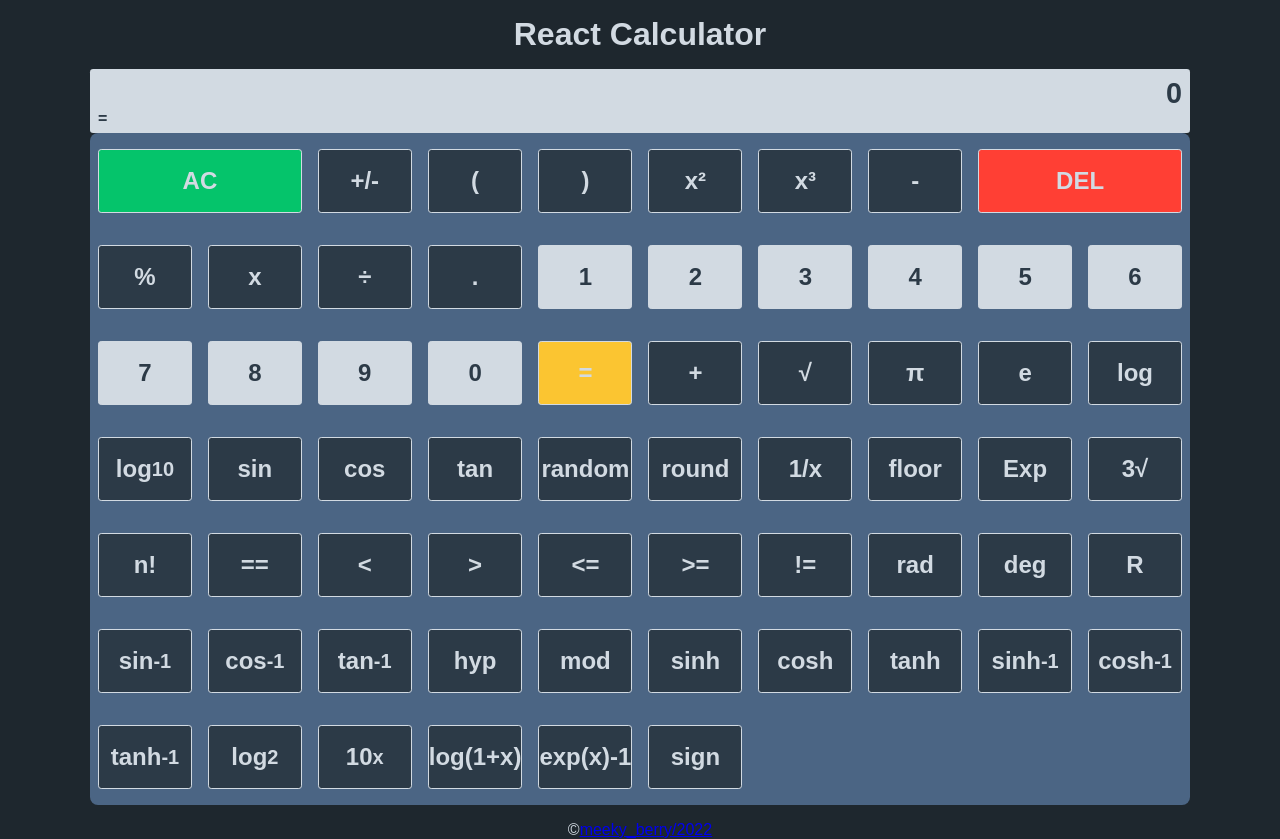
Repository: MikkyPrestige/calculator
Page: /
These files come from the project's save history. The page is drawn as it stood at one moment and after the next save; the edit follows.
The browser window is 1280 px wide. The pictures show the whole page.
The project was rebuilt for these pictures with package versions that can differ from the ones it lists, and the page was loaded fresh each time.

Above is the page before, as saved 2022-11-17 22:12:24.

### src/index.css
* {
 margin: 0;
 padding: 0;
 box-sizing: border-box;
}

body {
 font-family: 'Poppins', sans-serif;
 background: #1e272e;
}

.heading {
  color: #d2dae2;
  text-align: center;
  margin: 1rem;
}

.app-container {
 width: 100%;
 max-width: 1100px;
 margin: 1rem auto;
}

.display {
 background-color: #d2dae2;
 color: #2C3A47;
 height: 4rem;
 font-size: 1.8rem;
 font-weight: 700;
 display: flex;
 flex-direction: column;
 padding: .5rem;
 border-radius: .2rem;
}

.display-calc {
 display: flex;
 justify-content: flex-end;
 align-items: center;
}

.display-result {
 display: flex;
 justify-content: flex-start;
 align-items: center;
 font-size: 1rem;
 font-weight: 700;
}

.operators {
  display: grid;
  grid-template-columns: repeat(10, 1fr);
  grid-gap: 1rem;
  padding: .5rem;
  border-radius: .5rem;
  background-color: #4b6584;
  -webkit-border-radius: .5rem;
  -moz-border-radius: .5rem;
  -ms-border-radius: .5rem;
  -o-border-radius: .5rem;
}

.operator {
 background-color: #2C3A47;
 color: #d2dae2;
 font-size: 1.5rem;
 font-weight: 700;
 height: 4rem;
 display: flex;
 justify-content: center;
 align-items: center;
 border-radius: .2rem;
 border: 1px solid #d2dae2;
 margin: .5rem 0;
}

.operator:hover {
 background-color: #d2dae2;
 color: #2C3A47;
 cursor: pointer;
}

.operator:active {
 background-color: #2C3A47;
 color: #d2dae2;
}

.digit {
  background-color: #d2dae2;
  color: #2C3A47;
  font-size: 1.5rem;
  font-weight: 700;
  height: 4rem;
  display: flex;
  justify-content: center;
  align-items: center;
  border-radius: .2rem;
  border: 1px solid #d2dae2;
  margin: .5rem 0;
}

.digit:hover {
  background-color: #2C3A47;
  color: #d2dae2;
  cursor: pointer;
}

.digit:active {
  background-color: #d2dae2;
  color: #2C3A47;
}

.clear {
  background-color: #05c46b;
  color: #d2dae2;
  grid-column: 1 / 3;
  grid-row: 1 / 2;
}

.clear:hover {
  background-color: #d2dae2;
  color: #05c46b;
}

.clear:active {
  background-color: #05c46b;
  color: #d2dae2;
}

.delete {
  background-color: #ff3f34;
  color: #d2dae2;
  grid-column: 9 / -1;
  grid-row: 1 / 2;
}

.delete:hover {
  background-color: #d2dae2;
  color: #ff3f34;
}

.delete:active {
  background-color: #ff3f34;
  color: #d2dae2;
}

.equalTo {
  background-color: #fbc531;
  color: #d2dae2;
}

.equal:hover {
  background-color: #d2dae2;
  color: #fbc531;
}

.equal:active {
  background-color: #fbc531;
  color: #d2dae2;
}

.cube {
 /* grid-row: 3; */
}

.sqrt {
 /* grid-row: 4; */
}

.exponent {
 /* grid-row: 5; */
}

.pie {
 /* grid-row: 5; */
}

.log {
 /* grid-row: 3; */
}

.logTen {
 /* grid-row: 4; */
}

.sin {
 /* grid-row: 3; */
}

.tan {
 /* grid-row: 4; */
}

.cos  {
 /* grid-row: 5; */
}

.zero {
 /* grid-row: 6; */
 /* grid-column: 5; */
}

.attribution {
  color: #d2dae2;
  text-align: center;
}

### src/App.js
import React from 'react';
import { useState } from 'react';

function App() {
  // DECLARE A NEW STATE VARIABLE
  const [calc, setCalc] = useState("");
  const [result, setResult] = useState("");

  // OPERATORS VARIABLE IS AN ARRAY OF OPERATORS THAT WILL BE USED TO CHECK IF THE USER IS TRYING TO ENTER AN OPERATOR OR NOT
  const ops = ["+", "-", "*", "/", ".", "<", ">", "<=", ">=", "±", "%", "!="];

  // UPDATE CALC STATE VARIABLE WITH THE VALUE OF THE BUTTON THAT WAS CLICKED
  const updateCalc = value => {
    if (
      (ops.includes(value) && calc === "") || // IF THE VALUE IS AN OPERATOR AND THE CALC STATE VARIABLE IS EMPTY
      (ops.includes(value) && ops.includes(calc.slice(-1))) // IF THE VALUE IS AN OPERATOR AND THE LAST CHARACTER OF THE CALC STATE VARIABLE IS ALSO AN OPERATOR
    ) {
      return;
    }

    setCalc(calc + value);  // UPDATE THE CALC STATE VARIABLE WITH THE VALUE OF THE BUTTON THAT WAS CLICKED

    if (!ops.includes(value)) {  // IF THE VALUE IS NOT AN OPERATOR
      setResult(eval(calc + value).toString());   // EVALUATE THE CALC STATE VARIABLE AND UPDATE THE RESULT STATE VARIABLE
    }
  };

  // CREATE CLEAR FUNCTION
  const clear = () => {
    setCalc("");    // SET CALC STATE VARIABLE TO EMPTY
    setResult("");  // SET RESULT STATE VARIABLE TO EMPTY
  };

  // CREATE DELETE FUNCTION
  const del = () => {
    if (calc === "") {
      return;
    }
    const value = calc.slice(0, -1);  // REMOVE THE LAST CHARACTER OF THE CALC STATE VARIABLE
    setCalc(value);  // UPDATE THE CALC STATE VARIABLE
  };

  // CREATE EVALUATE FUNCTION
  const calculate = () => {
    setCalc(eval(calc).toString());  // EVALUATE THE CALC STATE VARIABLE AND UPDATE THE CALC STATE VARIABLE
    setResult("");  // SET RESULT STATE VARIABLE TO EMPTY
  };

  // CREATE PERCENTAGE FUNCTION
  const percentage = () => {
    if (calc === "") {
      return;
    }
    const value = parseFloat(calc);   // CONVERT THE CALC STATE VARIABLE TO A FLOAT
    if (value === 0) {
      return;
    }
    setCalc((value / 100).toString());  // DIVIDE THE CALC STATE VARIABLE BY 100 AND UPDATE THE CALC STATE VARIABLE
  };

  // CREATE POSITIVE/NEGATIVE FUNCTION
  const posNeg = () => {
    if (calc === "") {
      return;
    }
    const value = parseFloat(calc);
    if (value === 0) {
      return;
    }
    setCalc((value * -1).toString());  // MULTIPLY THE CALC STATE VARIABLE BY -1 AND UPDATE THE CALC STATE VARIABLE
  };

  // CREATE BRACKET FUNCTION
  const bracket = value => {
    if (calc === "" && value === "(" && ")") { // IF THE CALC STATE VARIABLE IS EMPTY AND THE VALUE IS "(" && ")"
      setCalc(calc + value);
      return;
    }
    setCalc(calc + value);  // UPDATE THE CALC STATE VARIABLE WITH THE VALUE OF THE BUTTON THAT WAS CLICKED
  };

  // CREATE SQUARE FUNCTION
  const square = () => {
    if (calc === "") {
      return;
    }
    const value = parseFloat(calc);
    if (value === 0) {
      return;
    }
    setCalc((value * value).toString());  // MULTIPLY THE CALC STATE VARIABLE BY ITSELF AND UPDATE THE CALC STATE VARIABLE
  };

  // CREATE A CUBE FUNCTION
  const cube = () => {
    if (calc === "") {
      return;
    }
    const value = parseFloat(calc);
    if (value === 0) {
      return;
    }
    setCalc((value * value * value).toString());  // MULTIPLY THE CALC STATE VARIABLE BY ITSELF THREE TIMES AND UPDATE THE CALC STATE VARIABLE
  };

  // CREATE SQUARE ROOT FUNCTION
  const squareRoot = () => {
    if (calc === "") {
      return;
    }
    const value = parseFloat(calc);
    if (value === 0) {
      return;
    }
    setCalc(Math.sqrt(value).toString());  // CALCULATE THE SQUARE ROOT OF THE CALC STATE VARIABLE AND UPDATE THE CALC STATE VARIABLE
  };

  // CREATE PI FUNCTION
  const pi = () => {
    if (calc === "") {
      return;
    }
    const value = parseFloat(calc);
    if (value === 0) {
      return;
    }
    setCalc((value * 3.141592653589793).toString());  // MULTIPLY THE CALC STATE VARIABLE BY PI AND UPDATE THE CALC STATE VARIABLE
  };

  // CREATE E FUNCTION
  const e = () => {
    if (calc === "") {
      return;
    }
    const value = parseFloat(calc);
    if (value === 0) {
      return;
    }
    setCalc((value * 2.718281828459045).toString());  // MULTIPLY THE CALC STATE VARIABLE BY E AND UPDATE THE CALC STATE VARIABLE
  };

  // CREATE LOG FUNCTION
  const log = () => {
    if (calc === "") {
      return;
    }
    const value = parseFloat(calc);
    if (value === 0) {
      return;
    }
    setCalc(Math.log(value).toString());  // CALCULATE THE LOGARITHM OF THE CALC STATE VARIABLE AND UPDATE THE CALC STATE VARIABLE
  };

  // CREATE BASE 10 LOG FUNCTION
  const log10 = () => {
    if (calc === "") {
      return;
    }
    const value = parseFloat(calc);
    if (value === 0) {
      return;
    }
    setCalc(Math.log10(value).toString());  // CALCULATE THE BASE 10 LOGARITHM OF THE CALC STATE VARIABLE AND UPDATE THE CALC STATE VARIABLE
  };

  // CREATE BASE 2 LOG FUNCTION
  const log2 = () => {
    if (calc === "") {
      return;
    }
    const value = parseFloat(calc);
    if (value === 0) {
      return;
    }
    setCalc(Math.log2(value).toString());  // CALCULATE THE BASE 2 LOGARITHM OF THE CALC STATE VARIABLE AND UPDATE THE CALC STATE VARIABLE
  };

  // CREATE LOG1P FUNCTION
  const log1p = () => {
    if (calc === "") {
      return;
    }
    const value = parseFloat(calc);
    if (value === 0) {
      return;
    }
    setCalc(Math.log1p(value).toString());  // CALCULATE THE LOGARITHM OF THE CALC STATE VARIABLE PLUS 1 AND UPDATE THE CALC STATE VARIABLE
  };

  // CREATE EXPONENTIAL -1 FUNCTION
  const expm1 = () => {
    if (calc === "") {
      return;
    }
    const value = parseFloat(calc);
    if (value === 0) {
      return;
    }
    setCalc(Math.expm1(value).toString());  // CALCULATE THE EXPONENTIAL OF THE CALC STATE VARIABLE MINUS 1 AND UPDATE THE CALC STATE VARIABLE
  };

  // CREATE SIGN FUNCTION
  const sign = () => {
    if (calc === "") {
      return;
    }
    const value = parseFloat(calc);
    if (value === 0) {
      return;
    }
    setCalc(Math.sign(value).toString());  // CALCULATE THE SIGN OF THE CALC STATE VARIABLE AND UPDATE THE CALC STATE VARIABLE
  };

  // CREATE RAISE TO POWER 10 FUNCTION
  const pow10 = () => {
    if (calc === "") {
      return;
    }
    const value = parseFloat(calc);
    if (value === 0) {
      return;
    }
    setCalc(Math.pow(10, value).toString());  // RAISE 10 TO THE POWER OF THE CALC STATE VARIABLE AND UPDATE THE CALC STATE VARIABLE
  };

  // CREATE SIN FUNCTION
  const sin = () => {
    if (calc === "") {
      return;
    }
    const value = parseFloat(calc);
    if (value === 0) {
      return;
    }
    setCalc(Math.sin(value).toString());  // CALCULATE THE SINE OF THE CALC STATE VARIABLE AND UPDATE THE CALC STATE VARIABLE
  };

  // CREATE COS FUNCTION
  const cos = () => {
    if (calc === "") {
      return;
    }
    const value = parseFloat(calc);
    if (value === 0) {
      return;
    }
    setCalc(Math.cos(value).toString());  // CALCULATE THE COSINE OF THE CALC STATE VARIABLE AND UPDATE THE CALC STATE VARIABLE
  };

  // CREATE TAN FUNCTION
  const tan = () => {
    if (calc === "") {
      return;
    }
    const value = parseFloat(calc);
    if (value === 0) {
      return;
    }
    setCalc(Math.tan(value).toString());  // CALCULATE THE TANGENT OF THE CALC STATE VARIABLE AND UPDATE THE CALC STATE VARIABLE
  };

  // CREATE INVERSE SIN FUNCTION
  const asin = () => {
    if (calc === "") {
      return;
    }
    const value = parseFloat(calc);
    if (value === 0) {
      return;
    }
    setCalc(Math.asin(value).toString());  // CALCULATE THE INVERSE SINE OF THE CALC STATE VARIABLE AND UPDATE THE CALC STATE VARIABLE
  };

  // CREATE INVERSE COS FUNCTION
  const acos = () => {
    if (calc === "") {
      return;
    }
    const value = parseFloat(calc);
    if (value === 0) {
      return;
    }
    setCalc(Math.acos(value).toString());  // CALCULATE THE INVERSE COSINE OF THE CALC STATE VARIABLE AND UPDATE THE CALC STATE VARIABLE
  };

  // CREATE INVERSE TAN FUNCTION
  const atan = () => {
    if (calc === "") {
      return;
    }
    const value = parseFloat(calc);
    if (value === 0) {
      return;
    }
    setCalc(Math.atan(value).toString());  // CALCULATE THE INVERSE TANGENT OF THE CALC STATE VARIABLE AND UPDATE THE CALC STATE VARIABLE
  };

  // CREATE SINH FUNCTION
  const sinh = () => {
    if (calc === "") {
      return;
    }
    const value = parseFloat(calc);
    if (value === 0) {
      return;
    }
    setCalc(Math.sinh(value).toString());  // CALCULATE THE HYPERBOLIC SINE OF THE CALC STATE VARIABLE AND UPDATE THE CALC STATE VARIABLE
  };

  // CREATE COSH FUNCTION
  const cosh = () => {
    if (calc === "") {
      return;
    }
    const value = parseFloat(calc);
    if (value === 0) {
      return;
    }
    setCalc(Math.cosh(value).toString());  // CALCULATE THE HYPERBOLIC COSINE OF THE CALC STATE VARIABLE AND UPDATE THE CALC STATE VARIABLE
  };

  // CREATE TANH FUNCTION
  const tanh = () => {
    if (calc === "") {
      return;
    }
    const value = parseFloat(calc);
    if (value === 0) {
      return;
    }
    setCalc(Math.tanh(value).toString());  // CALCULATE THE HYPERBOLIC TANGENT OF THE CALC STATE VARIABLE AND UPDATE THE CALC STATE VARIABLE
  };

  // CREATE INVERSE SINH FUNCTION
  const asinh = () => {
    if (calc === "") {
      return;
    }
    const value = parseFloat(calc);
    if (value === 0) {
      return;
    }
    setCalc(Math.asinh(value).toString());  // CALCULATE THE INVERSE HYPERBOLIC SINE OF THE CALC STATE VARIABLE AND UPDATE THE CALC STATE VARIABLE
  };

  // CREATE INVERSE COSH FUNCTION
  const acosh = () => {
    if (calc === "") {
      return;
    }
    const value = parseFloat(calc);
    if (value === 0) {
      return;
    }
    setCalc(Math.acosh(value).toString());  // CALCULATE THE INVERSE HYPERBOLIC COSINE OF THE CALC STATE VARIABLE AND UPDATE THE CALC STATE VARIABLE
  };

  // CREATE INVERSE TANH FUNCTION
  const atanh = () => {
    if (calc === "") {
      return;
    }
    const value = parseFloat(calc);
    if (value === 0) {
      return;
    }
    setCalc(Math.atanh(value).toString());  // CALCULATE THE INVERSE HYPERBOLIC TANGENT OF THE CALC STATE VARIABLE AND UPDATE THE CALC STATE VARIABLE
  };

  // CREATE HYPOTENUSE FUNCTION
  const hyp = () => {
    if (calc === "") {
      return;
    }
    const value = parseFloat(calc);
    if (value === 0) {
      return;
    }
    setCalc(Math.hypot(value).toString());  // CALCULATE THE HYPOTENUSE OF THE CALC STATE VARIABLE AND UPDATE THE CALC STATE VARIABLE
  };


  // CREATE RADIAN FUNCTION
  const radian = () => {
    if (calc === "") {
      return;
    }
    const value = parseFloat(calc);
    if (value === 0) {
      return;
    }
    setCalc((value * 0.017453292519943295).toString());  // MULTIPLY THE CALC STATE VARIABLE BY RADIAN AND UPDATE THE CALC STATE VARIABLE
  };

  // CREATE DEGREE FUNCTION
  const degree = () => {
    if (calc === "") {
      return;
    }
    const value = parseFloat(calc);
    if (value === 0) {
      return;
    }
    setCalc((value * 57.29577951308232).toString());  // MULTIPLY THE CALC STATE VARIABLE BY DEGREE AND UPDATE THE CALC STATE VARIABLE
  };

  // CREATE RADIUS FUNCTION
  const radius = () => {
    if (calc === "") {
      return;
    }
    const value = parseFloat(calc);
    if (value === 0) {
      return;
    }
    setCalc((value * 0.5).toString());  // MULTIPLY THE CALC STATE VARIABLE BY RADIUS AND UPDATE THE CALC STATE VARIABLE
  };

  // CREATE RECIPROCAL/INVERSE FUNCTION
  const reciprocal = () => {
    if (calc === "") {
      return;
    }
    const value = parseFloat(calc);
    if (value === 0) {
      return;
    }
    setCalc((1 / value).toString());  // DIVIDE 1 BY THE CALC STATE VARIABLE AND UPDATE THE CALC STATE VARIABLE
  };

  // CREATE RANDOM FUNCTION
  const random = () => {
    if (calc === "") {
      return;
    }
    const value = parseFloat(calc);
    if (value === 0) {
      return;
    }
    setCalc(Math.random(value).toString());  // RANDOMLY GENERATE A NUMBER AND UPDATE THE CALC STATE VARIABLE
  };

  // CREATE ROUND FUNCTION
  const round = () => {
    if (calc === "") {
      return;
    }
    const value = parseFloat(calc);
    if (value === 0) {
      return;
    }
    setCalc(Math.round(value).toString());  // ROUND THE CALC STATE VARIABLE AND UPDATE THE CALC STATE VARIABLE
  };

  // CREATE FLOOR FUNCTION
  const floor = () => {
    if (calc === "") {
      return;
    }
    const value = parseFloat(calc);
    if (value === 0) {
      return;
    }
    setCalc(Math.floor(value).toString());  // FLOOR OF THE CALC STATE VARIABLE AND UPDATE THE CALC STATE VARIABLE
  };

  // CREATE EXPONENTIAL FUNCTION
  const exponential = () => {
    if (calc === "") {
      return;
    }
    const value = parseFloat(calc);
    if (value === 0) {
      return;
    }
    setCalc(Math.exp(value).toString());  // EXPONENTIAL OF THE CALC STATE VARIABLE AND UPDATE THE CALC STATE VARIABLE
  };

  // CREATE CUBE ROOT FUNCTION
  const cubeRoot = () => {
    if (calc === "") {
      return;
    }
    const value = parseFloat(calc);
    if (value === 0) {
      return;
    }
    setCalc(Math.cbrt(value).toString());  // CUBE ROOT OF THE CALC STATE VARIABLE AND UPDATE THE CALC STATE VARIABLE
  };

  // CREATE FACTORIAL FUNCTION
  const factorial = () => {
    if (calc === "") {
      return;
    }
    const value = parseFloat(calc);
    if (value === 0) {
      return;
    }
    setCalc(factorialize(value).toString());  // FACTORIAL OF THE CALC STATE VARIABLE AND UPDATE THE CALC STATE VARIABLE
  };

  // CREATE FACTORIAL FUNCTION
  const factorialize = (num) => {
    if (num < 0) {
      return -1;
    } else if (num === 0) {
      return 1;
    } else {
      return num * factorialize(num - 1);
    }
  };

  // CREATE DIGITS FUNCTION
  const createDigits = () => {
    const digits = []; // CREATE DIGITS ARRAY
    for (let i = 1; i < 10; i++) { // LOOP THROUGH DIGITS 1-9
      digits.push(i); // PUSH NUMBERS 1-9 TO DIGITS ARRAY
    }
    return digits;
  };

  //RETURN THE CALCULATOR SCREEN AND BUTTONS
  return (
    <div className='app'>
      <header>
        <h1 className='heading'>React Calculator</h1>
      </header>
      <div className='app-container'>
        <div className='display'>
          <div className='display-calc'>
            {calc || "0"}  {/* DISPLAY CALC STATE VARIABLE OR 0 */}
          </div>
          <div className='display-result'>
            = {result}  {/* DISPLAY RESULT STATE VARIABLE */}
          </div>
        </div>
        <div className='operators'>
          <button onClick={clear} className='operator clear'>AC</button>
          <button onClick={posNeg} className='operator'>+/-</button>
          <button onClick={() => bracket('(')} className='operator'>(</button>
          <button onClick={() => bracket(')')} className='operator'>)</button>
          <button onClick={square} className='operator'>x²</button>
          <button onClick={del} className='operator delete'>DEL</button>
          <button onClick={cube} className='operator cube'>x³</button>
          <button onClick={() => updateCalc('-')} className='operator'>-</button>
          <button onClick={percentage} className='operator'>%</button>
          <button onClick={() => updateCalc('*')} className='operator'>x</button>
          <button onClick={() => updateCalc('/')} className='operator'>÷</button>
          <button onClick={() => updateCalc('.')} className='operator'>.</button>
          {createDigits().map((digit) => (
            <button onClick={() => updateCalc(digit.toString())} className='digit' key={digit}>{digit}</button> // CREATE DIGITS BUTTONS AND MAP THROUGH DIGITS ARRAY TO DISPLAY DIGITS 1-9 ON BUTTONS
          ))}
          <button onClick={() => updateCalc('0')} className='zero digit'>0</button>
          <button onClick={calculate} className='operator equalTo'>=</button>
          <button onClick={() => updateCalc('+')} className='operator'>+</button>
          <button onClick={squareRoot} className='operator sqrt'>√</button>
          <button onClick={pi} className='operator pie'>π</button>
          <button onClick={e} className='operator exponent'>e</button>
          <button onClick={log} className='operator log'>log</button>
          <button onClick={log10} className='operator logTen'>log<sub>10</sub></button>
          <button onClick={sin} className='operator sin'>sin</button>
          <button onClick={cos} className='operator cos'>cos</button>
          <button onClick={tan} className='operator tan'>tan</button>
          <button onClick={random} className='operator'>random</button>
          <button onClick={round} className='operator'>round</button>
          <button onClick={reciprocal} className='operator'>1/x</button>
          <button onClick={floor} className='operator'>floor</button>
          <button onClick={exponential} className='operator'>Exp</button>
          <button onClick={cubeRoot} className='operator'>3√</button>
          <button onClick={factorial} className='operator'>n!</button>
          <button onClick={() => updateCalc('==')} className='operator'>==</button>
          <button onClick={() => updateCalc('<')} className='operator'>{'<'}</button>
          <button onClick={() => updateCalc('>')} className='operator'>{'>'}</button>
          <button onClick={() => updateCalc('<=')} className='operator'>{'<='}</button>
          <button onClick={() => updateCalc('>=')} className='operator'>{'>='}</button>
          <button onClick={() => updateCalc('!=')} className='operator'>{'!='}</button>
          <button onClick={radian} className='operator'>rad</button>
          <button onClick={degree} className='operator'>deg</button>
          <button onClick={radius} className='operator'>R</button>
          <button onClick={asin} className='operator'>sin<sup>-1</sup></button>
          <button onClick={acos} className='operator'>cos<sup>-1</sup></button>
          <button onClick={atan} className='operator'>tan<sup>-1</sup></button>
          <button onClick={hyp} className='operator'>hyp</button>
          <button onClick={() => updateCalc('%')} className='operator'>mod</button>
          <button onClick={sinh} className='operator'>sinh</button>
          <button onClick={cosh} className='operator'>cosh</button>
          <button onClick={tanh} className='operator'>tanh</button>
          <button onClick={asinh} className='operator'>sinh<sup>-1</sup></button>
          <button onClick={acosh} className='operator'>cosh<sup>-1</sup></button>
          <button onClick={atanh} className='operator'>tanh<sup>-1</sup></button>
          <button onClick={log2} className='operator'>log<sub>2</sub></button>
          <button onClick={pow10} className='operator'>10<sup>x</sup></button>
          <button onClick={log1p} className='operator'>log(1+x)</button>
          <button onClick={expm1} className='operator'>exp(x)-1</button>
          <button onClick={sign} className='operator'>sign</button>
        </div>
      </div>
      <footer className='attribution'>&copy;<a meeky_berry href="https://github.com/MeekyBerry" target="_blank" rel="noreferrer">meeky_berry/2022</a></footer>
    </div>
  );
}

// EXPORT APP
export default App;

Loaded but not shown: public/index.html (common file); src/index.js (common file)

After the next save:
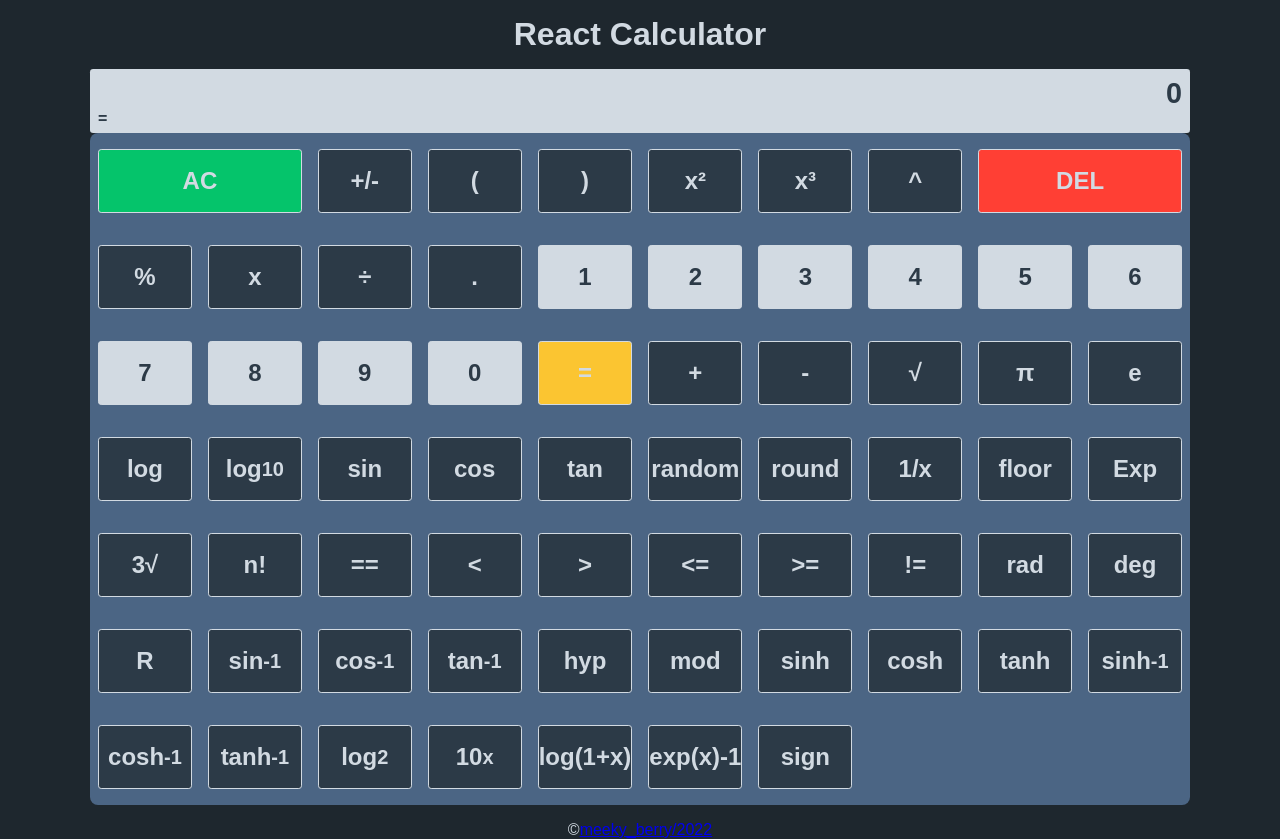
Saved 51 s later.
--- a/src/App.js
+++ b/src/App.js
@@ -543,7 +543,7 @@ function App() {
           <button onClick={square} className='operator'>x²</button>
           <button onClick={del} className='operator delete'>DEL</button>
           <button onClick={cube} className='operator cube'>x³</button>
-          <button onClick={() => updateCalc('-')} className='operator'>-</button>
+          <button onClick={() => updateCalc('**')} className='operator'>^</button>
           <button onClick={percentage} className='operator'>%</button>
           <button onClick={() => updateCalc('*')} className='operator'>x</button>
           <button onClick={() => updateCalc('/')} className='operator'>÷</button>
@@ -554,6 +554,7 @@ function App() {
           <button onClick={() => updateCalc('0')} className='zero digit'>0</button>
           <button onClick={calculate} className='operator equalTo'>=</button>
           <button onClick={() => updateCalc('+')} className='operator'>+</button>
+          <button onClick={() => updateCalc('-')} className='operator'>-</button>
           <button onClick={squareRoot} className='operator sqrt'>√</button>
           <button onClick={pi} className='operator pie'>π</button>
           <button onClick={e} className='operator exponent'>e</button>
